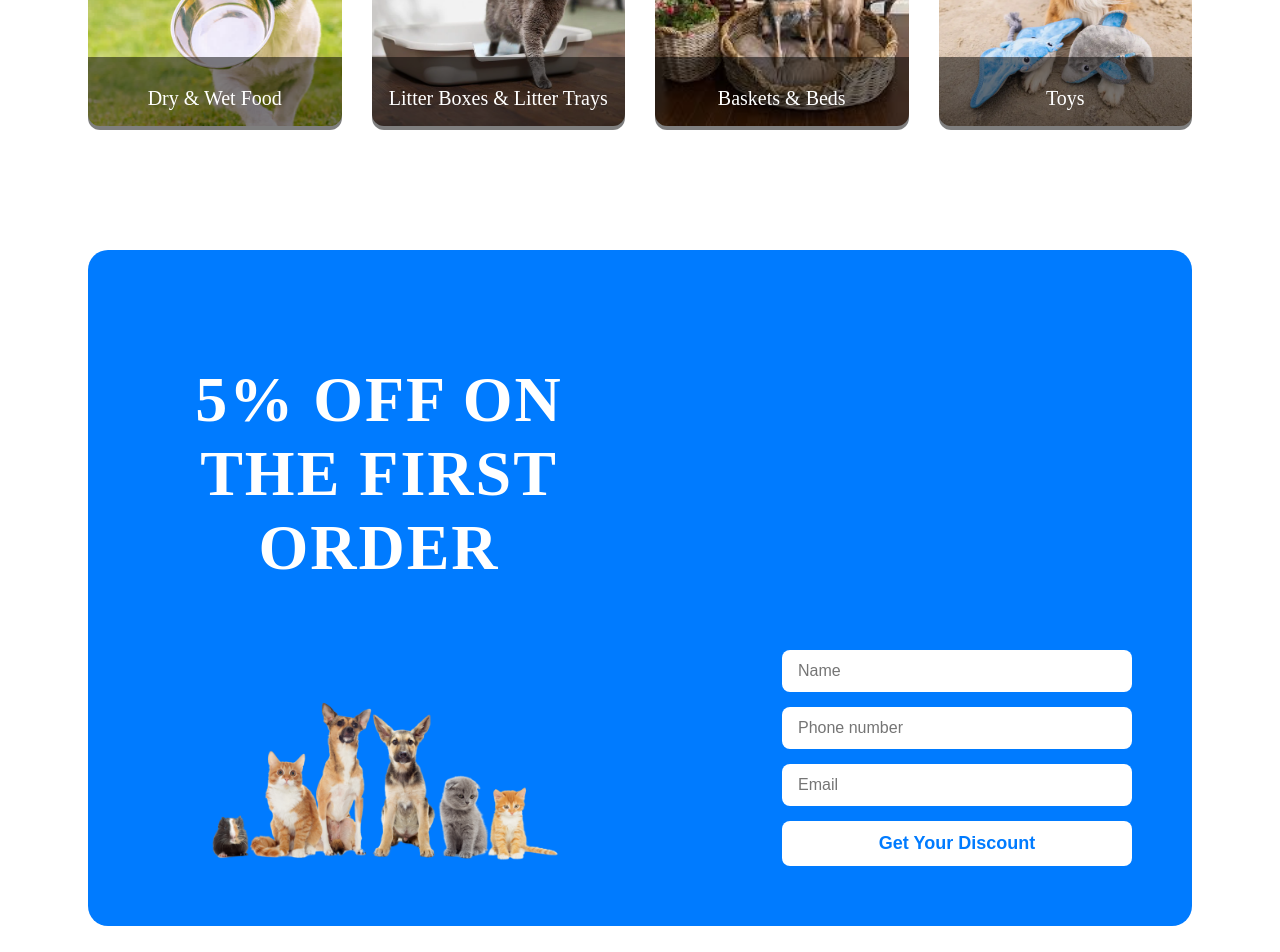
Repository: JuliiaJuliia/pet-shop-frontend
Page: / (app in pet-shop-frontend/)
These files come from the project's save history. The page is drawn as it stood at one moment and after the next save; the edit follows.
The browser window is 1280 px wide. The pictures show the part of the page from y = 917 to 1869 px (the page is 1903 px tall before and 1563 px after).
The project was rebuilt for these pictures with package versions that can differ from the ones it lists, and the page was loaded fresh each time. Also part of the build but not shown: pet-shop-frontend/vite.config.js, pet-shop-frontend/src/pages/CheckoutPage.jsx, pet-shop-frontend/src/api/axios.js, pet-shop-frontend/src/components/ProductList.jsx.

Above is the page before, as saved 2025-11-06 14:38:04.

After the next save:
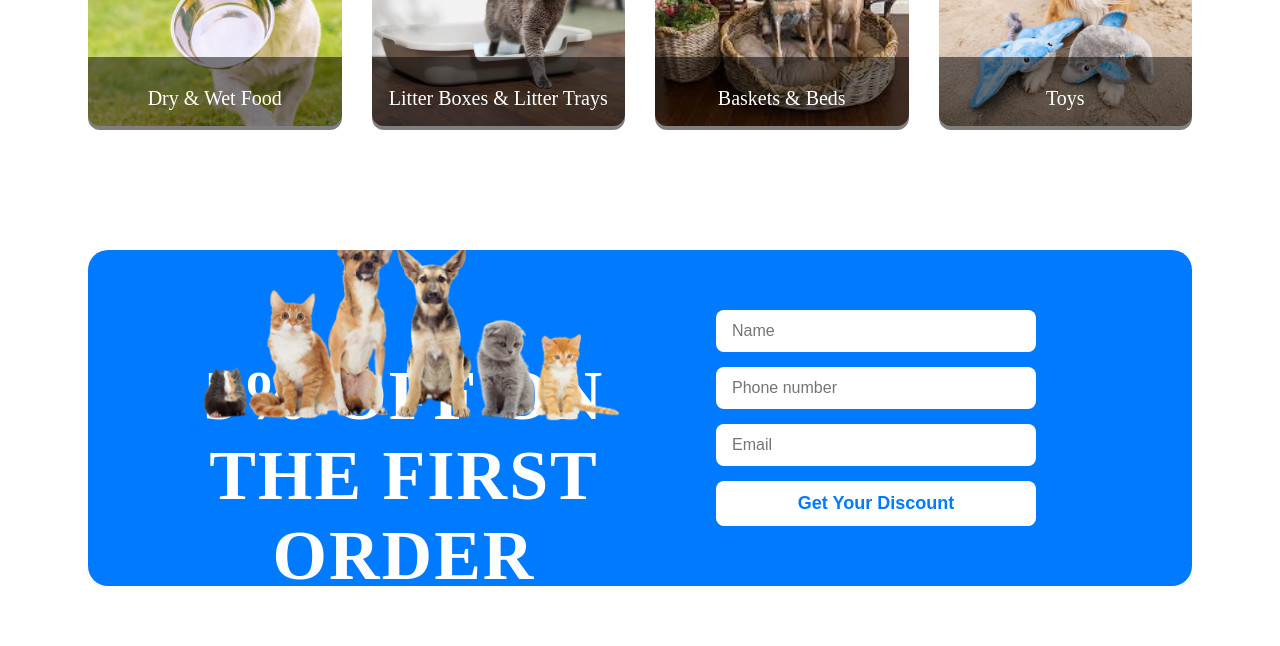
Saved 3 min 26 s later.
--- a/pet-shop-frontend/src/components/DiscountBanner.css
+++ b/pet-shop-frontend/src/components/DiscountBanner.css
@@ -3,58 +3,66 @@
     color: #fff;
     border-radius: 20px;
     margin: 60px 80px;
-    padding: 60px;
+    padding: 60px 80px;
+    position: relative;
+    overflow: hidden;
     display: flex;
-    flex-direction: column;
     align-items: center;
-    justify-content: center; /* 👈 центрує все по вертикалі */
-    text-align: center;
-    position: relative;
+    justify-content: center;
   }
 
-  /* 🔹 Текст по центру всього синього фону */
-  .discount-banner__left h2 {
-    font-size: 64px;
-    font-weight: 700;
-    letter-spacing: 2px;
-    text-transform: uppercase;
-    margin-bottom: 40px;
-    text-align: center;
+  /* 🔹 Контейнер всередині */
+  .discount-banner__content {
+    display: flex;
+    justify-content: space-between;
+    align-items: center; /* форма по центру вертикалі */
     width: 100%;
   }
 
-  /* 🔹 Контейнер із картинкою та формою */
-  .discount-banner__content {
-    display: flex;
-    justify-content: space-between;
-    align-items: flex-end;
-    width: 100%;
-    gap: 60px;
-  }
-
-  /* 🔹 Ліва частина (картинка) */
+  /* 🔹 Ліва частина (заголовок + фото) */
   .discount-banner__left {
     flex: 1;
     display: flex;
     flex-direction: column;
     align-items: center;
-    justify-content: flex-end;
+    justify-content: center;
+    position: relative;
   }
 
-  .discount-banner__image {
-    width: 85%;
-    max-width: 480px;
-    border-radius: 12px;
-    object-fit: contain;
-    margin-top: 20px;
+  /* 🔹 Текст по центру всього фону */
+  .discount-banner__left h2 {
+    font-size: 70px;
+    font-weight: 700;
+    letter-spacing: 2px;
+    text-align: center;
+    margin-bottom: 0;
+    position: absolute;
+    top: 45%; /* 👈 центрально по вертикалі */
+    left: 50%;
+    transform: translate(-50%, -50%);
+    width: 100%;
+    text-transform: uppercase;
   }
 
-  /* 🔹 Права частина (форма) */
+  /* 🔹 Фото тваринок — у самому низу */
+  .discount-banner__image {
+    width: 100%;
+    max-width: 650px; /* збільшено */
+    position: absolute;
+    bottom: -10px; /* “сидять” на межі */
+    left: 50%;
+    transform: translateX(-50%);
+    object-fit: contain;
+    z-index: 0;
+  }
+
+  /* 🔹 Права частина — форма */
   .discount-banner__form {
     flex: 1;
     display: flex;
-    justify-content: flex-end;
-    align-items: flex-end;
+    justify-content: center; /* по центру горизонталі */
+    align-items: center; /* по центру вертикалі */
+    z-index: 1;
   }
 
   .discount-banner__form form {
@@ -63,7 +71,7 @@
     flex-direction: column;
     gap: 15px;
     width: 100%;
-    max-width: 350px;
+    max-width: 320px;
   }
 
   .discount-banner__form input {
